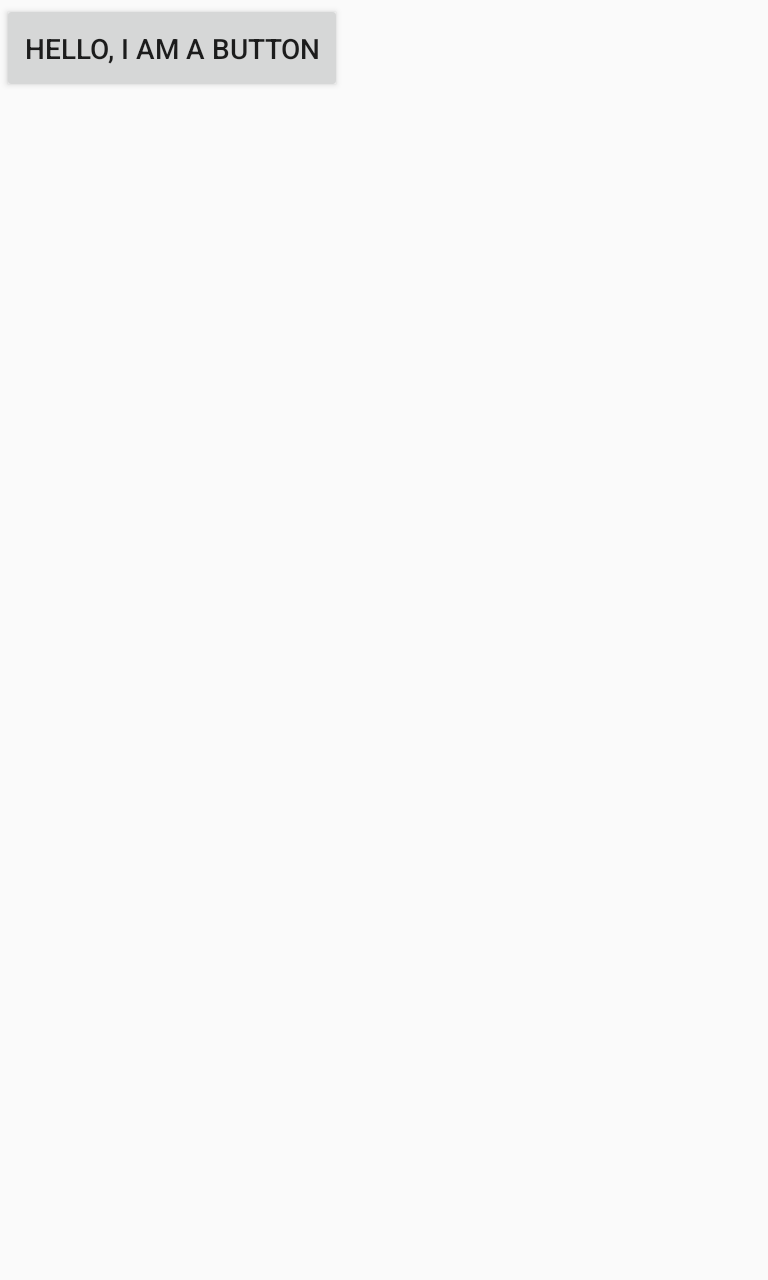
Repository: wisingd/Dajoroli
Layout: Workspace/MyFirstApp/res/layout/fragment_main.xml
The author's editor kept a copy of each file at every save. The layout is drawn from the files as they stood at one save, then again after the next save.
It is drawn on a 768 x 1280 px phone screen (xhdpi) without system bars, with theme AppTheme; the app's code is not run.

Above is the layout before, as saved 2014-04-20 10:29:34.

After the next save:
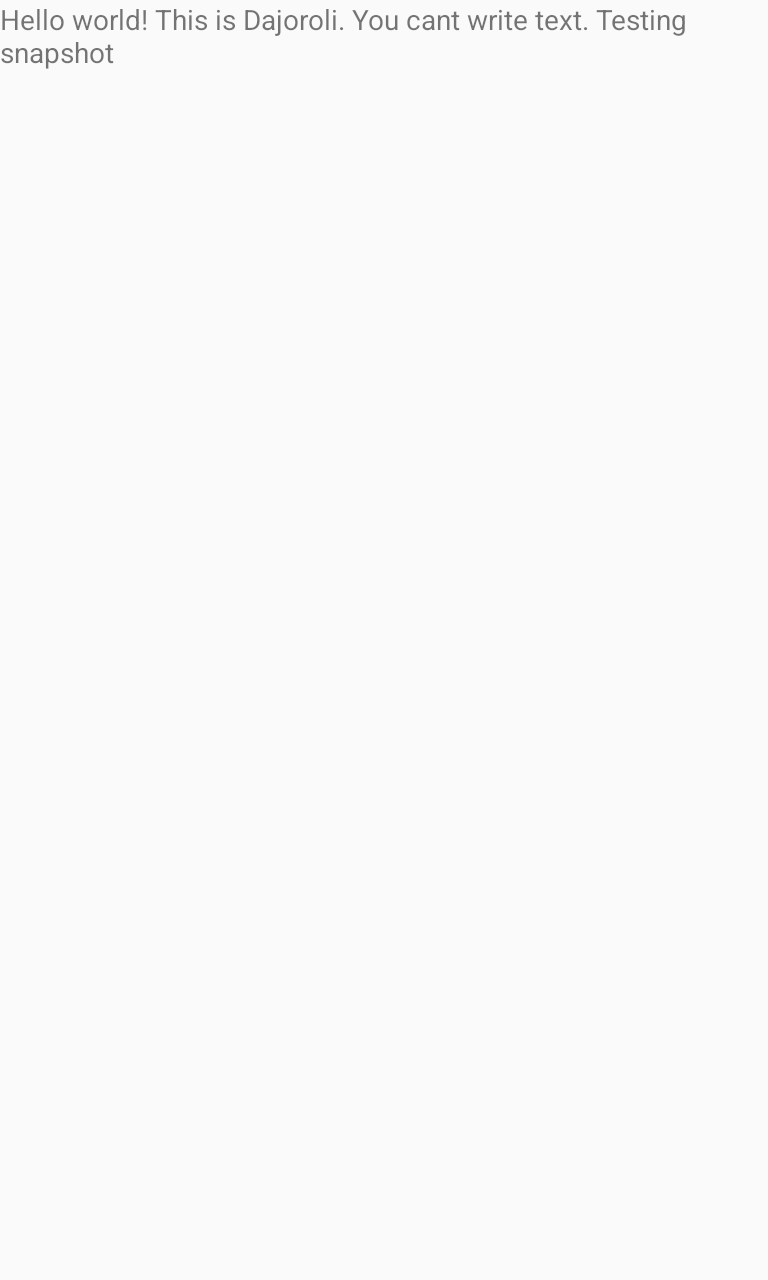
Saved 117 s later.
--- a/Workspace/MyFirstApp/res/layout/fragment_main.xml
+++ b/Workspace/MyFirstApp/res/layout/fragment_main.xml
@@ -4,11 +4,11 @@
     android:layout_height="match_parent"
     android:orientation="horizontal" >
 
+    <TextView
+        android:layout_width="wrap_content"
+        android:layout_height="wrap_content"
+        android:text="@string/hello_world" />
 
 
-    <Button android:id="@+id/button"
-            android:layout_width="wrap_content"
-            android:layout_height="wrap_content"
-            android:text="Hello, I am a Button" />
 
 </LinearLayout>
